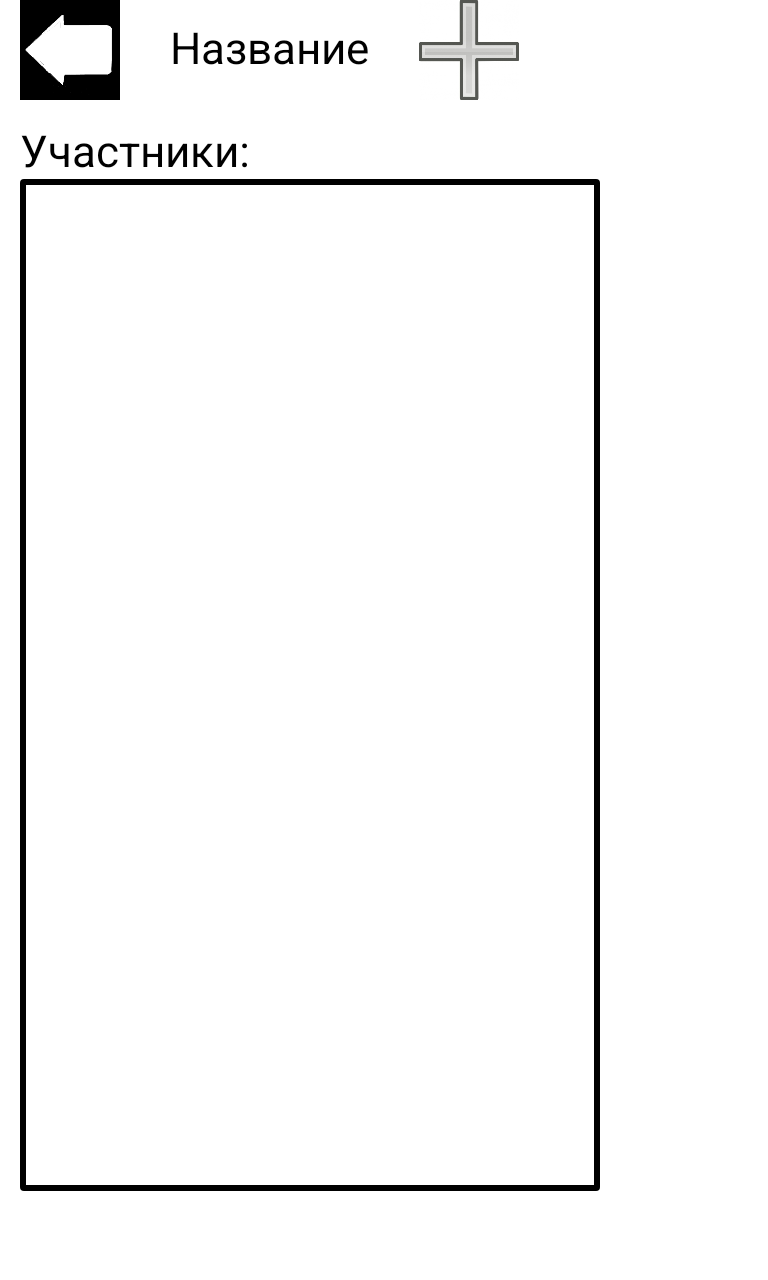
Repository: webguild/RedmineMobile
Layout: Android/RedmineAndroid/res/layout/project_settings_worker.xml
These files come from the project's save history. The layout is drawn as it stood at one moment and after the next save; the edit follows.
It is drawn on a 768 x 1280 px phone screen (xhdpi) without system bars, with theme AppTheme; the app's code is not run. Lists and similar views that code fills are empty.

Above is the layout before, as saved 2013-01-18 13:24:13.

### Android/RedmineAndroid/res/layout/project_settings_worker.xml
<?xml version="1.0" encoding="utf-8"?>
<LinearLayout xmlns:android="http://schemas.android.com/apk/res/android"
    android:layout_width="match_parent"
    android:layout_height="match_parent"
    android:background="#FFF"
    android:orientation="vertical"
    android:paddingLeft="10dp" >

    <LinearLayout
        android:layout_width="match_parent"
        android:layout_height="wrap_content" >

        <Button
            android:id="@+id/button1"
            android:layout_width="50dp"
            android:layout_height="50dp"
            android:background="@drawable/backbutton" />

        <TextView
            android:id="@+id/textView1"
            android:layout_width="wrap_content"
            android:layout_height="wrap_content"
            android:layout_marginLeft="25dp"
            android:text="Название"
            android:textAppearance="?android:attr/textAppearanceLarge" />

        <Button
            android:id="@+id/button2"
            android:layout_width="50dp"
            android:layout_height="50dp"
            android:layout_marginLeft="25dp"
            android:background="@drawable/greyplus" />

    </LinearLayout>

    <TextView
        android:id="@+id/textView2"
        android:layout_width="wrap_content"
        android:layout_height="wrap_content"
        android:layout_marginTop="10dp"
        android:text="Участники:"
        android:textAppearance="?android:attr/textAppearanceLarge" />

    <ScrollView
        android:layout_width="fill_parent"
        android:layout_height="fill_parent"
        android:background="#fff" >

        <FrameLayout
            android:layout_width="290dp"
            android:layout_height="wrap_content"
            android:background="@drawable/customborder" >

            <ListView
                android:id="@+id/listView1"
                android:layout_width="290dp"
                android:layout_height="500dp"
                android:background="#fff" >
            </ListView>
        </FrameLayout>
    </ScrollView>

</LinearLayout>

### Android/RedmineAndroid/res/drawable/customborder.xml
<?xml version="1.0" encoding="utf-8"?>
<shape xmlns:android="http://schemas.android.com/apk/res/android"
    android:shape="rectangle" >
   <corners android:radius="2dp"/>
   <padding android:left="3dp" android:right="3dp" android:top="3dp" android:bottom="3dp"/>
   <solid android:color="#000000"/>


</shape>

Loaded but not shown: Android/RedmineAndroid/res/values/styles.xml (common file); Android/RedmineAndroid/res/values-v11/styles.xml (common file)

After the next save:
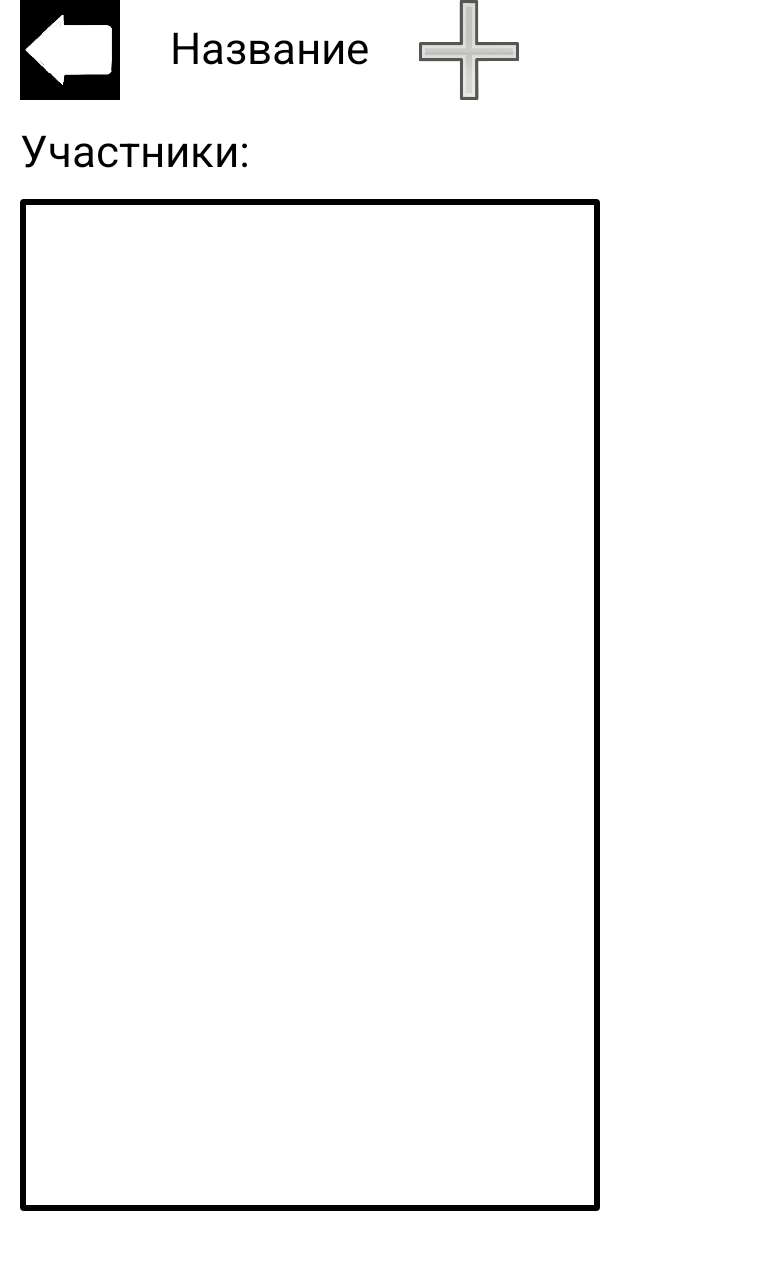
Saved 4 min 4 s later.
--- a/Android/RedmineAndroid/res/layout/project_settings_worker.xml
+++ b/Android/RedmineAndroid/res/layout/project_settings_worker.xml
@@ -41,23 +41,30 @@
         android:text="Участники:"
         android:textAppearance="?android:attr/textAppearanceLarge" />
 
-    <ScrollView
-        android:layout_width="fill_parent"
-        android:layout_height="fill_parent"
-        android:background="#fff" >
+    <FrameLayout
+        android:layout_width="match_parent"
+        android:layout_height="wrap_content"
+        android:layout_marginTop="10dp" >
 
-        <FrameLayout
-            android:layout_width="290dp"
-            android:layout_height="wrap_content"
-            android:background="@drawable/customborder" >
+        <ScrollView
+            android:layout_width="fill_parent"
+            android:layout_height="fill_parent"
+            android:background="#fff" >
 
-            <ListView
-                android:id="@+id/listView1"
+            <FrameLayout
                 android:layout_width="290dp"
-                android:layout_height="500dp"
-                android:background="#fff" >
-            </ListView>
-        </FrameLayout>
-    </ScrollView>
+                android:layout_height="wrap_content"
+                android:background="@drawable/customborder" >
+
+                <ListView
+                    android:id="@+id/listView1"
+                    android:layout_width="290dp"
+                    android:layout_height="500dp"
+                    android:background="#fff" >
+                </ListView>
+            </FrameLayout>
+        </ScrollView>
+
+    </FrameLayout>
 
 </LinearLayout>
